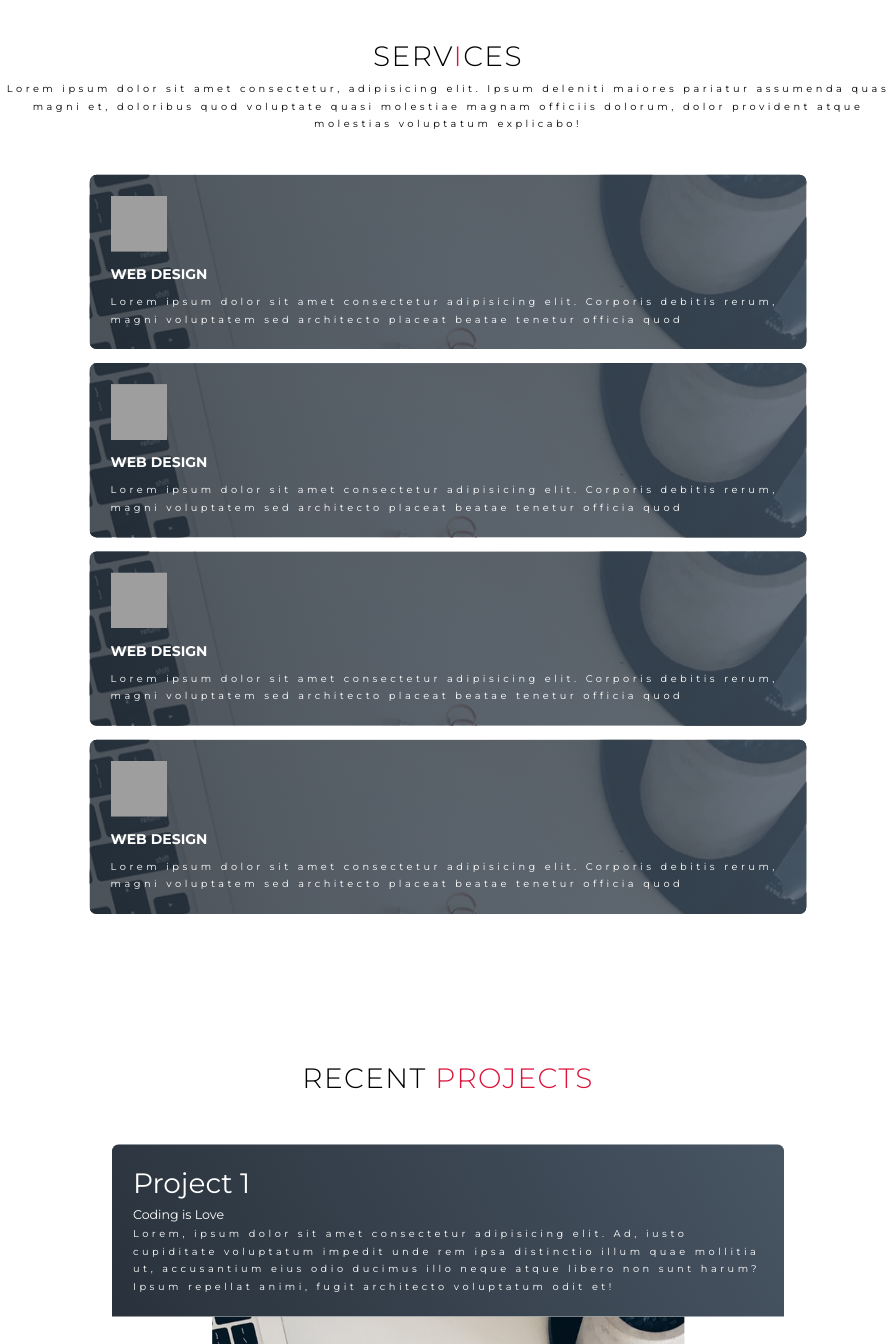
Repository: randysteele/my-portfolio-2023
Page: index.html
An editor plug-in stored every save of this project. The page is shown before and after the next save, followed by the edit.
The browser window is 1280 px wide. The pictures show the part of the page from y = 764 to 2684 px (the page is 10473 px tall before and 10673 px after), at 70% of full size.
Pictures or frames that could not be fetched are drawn as grey boxes.

Above is the page before, as saved 2023-04-23 19:56:59.

After the next save:
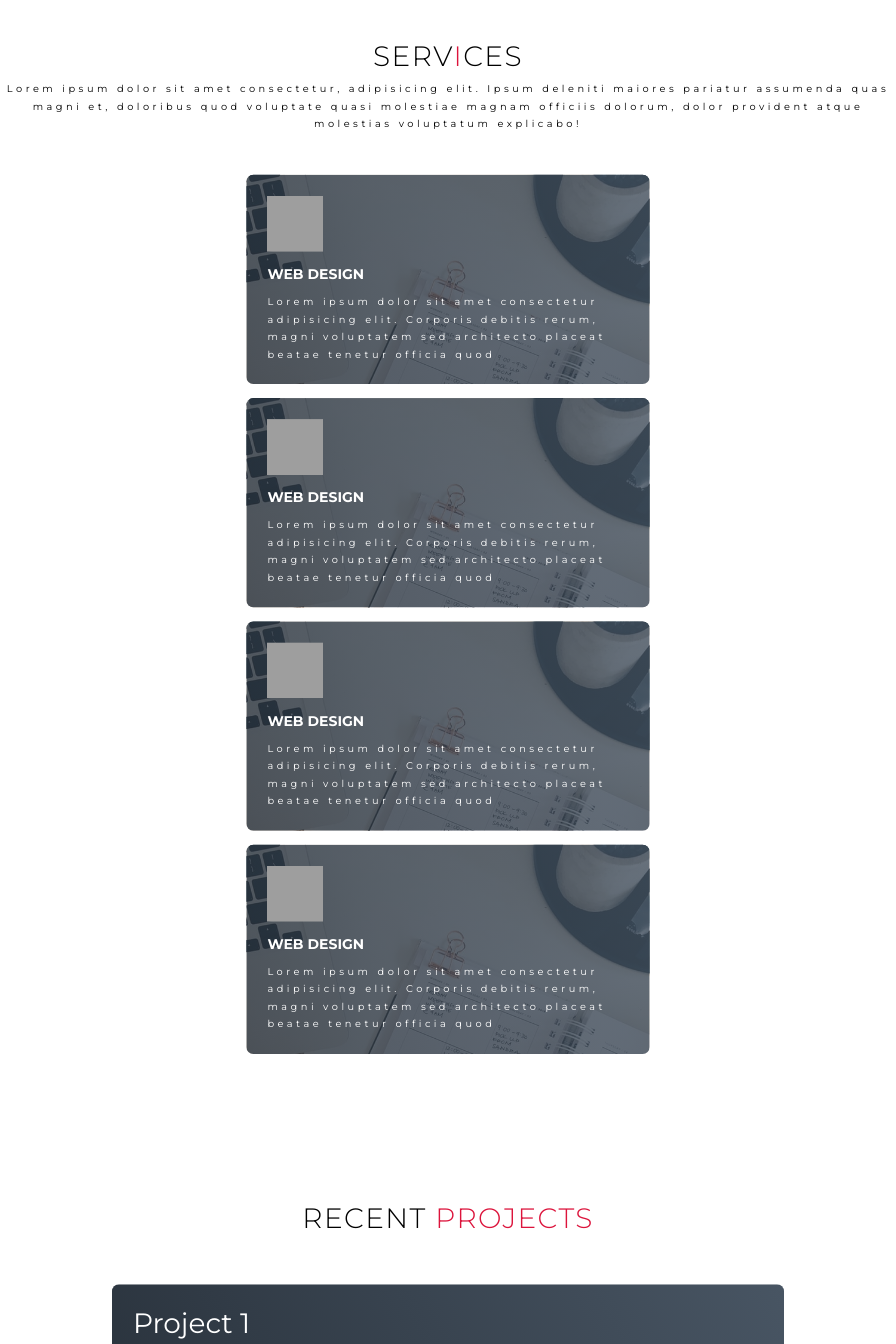
Saved 14 s later.
--- a/style.css
+++ b/style.css
@@ -500,7 +500,7 @@ margin-bottom: 50px;
 
 /* Service Section */
 
-#services .service-bottom .service{
+#services .service-bottom .service-item{
     flex-basis: 45%;
 }
 
